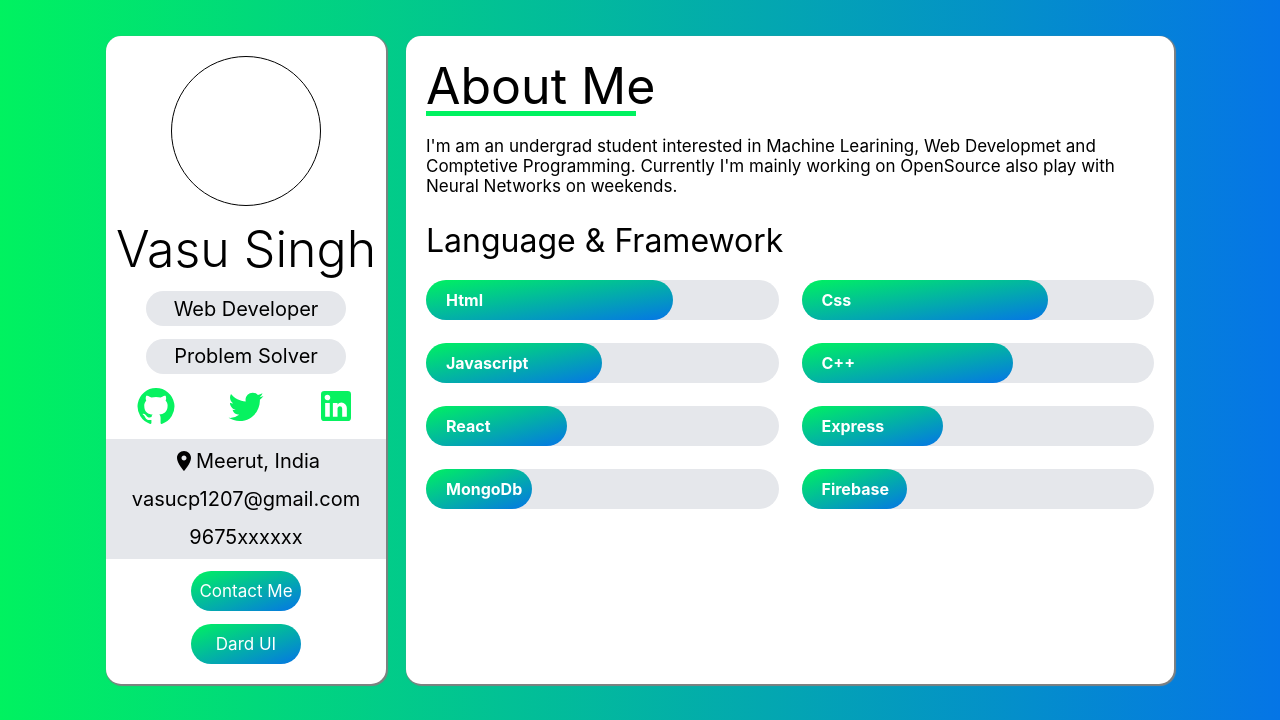
Repository: vasucp1207/grid-port
Page: /about
The author's editor kept a copy of each file at every save. The page is drawn from the files as they stood at one save, then again after a run of saves.
The browser window is 1280 px wide. The pictures show the whole page.
Some web fonts or font styles are not loaded; a fallback is used. The project was rebuilt for these pictures with package versions that can differ from the ones it lists, and the page was loaded fresh each time. Also part of the build but not shown: src/pages/Home.js, src/components/Card.js, src/pages/Projects.js.

Above is the page before, as saved 2022-08-18 21:58:41.

After the next 2 saves:
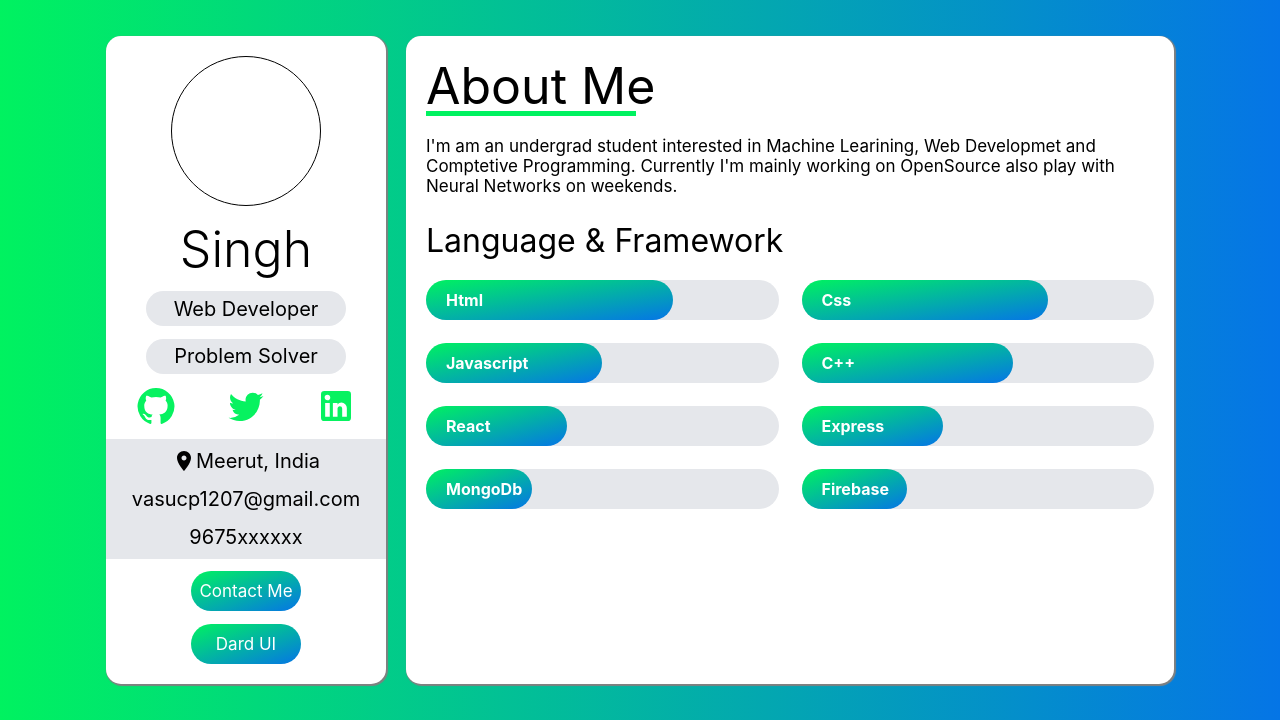
The 2 saves are shown as one change because they came seconds apart.
The last was saved 8 s later.
--- a/src/components/Left.js
+++ b/src/components/Left.js
@@ -10,7 +10,7 @@
     return (
         <Contanier>
             <div class='avatar'></div>
-            <h1 class='name'><span></span>Vasu Singh</h1>
+            <h1 class='name'><span></span>Singh</h1>
             <div class='sim-btn'>Web Developer</div>
             <div class='sim-btn'>Problem Solver</div>
             <div class='icon-cont'>

After the save that followed:
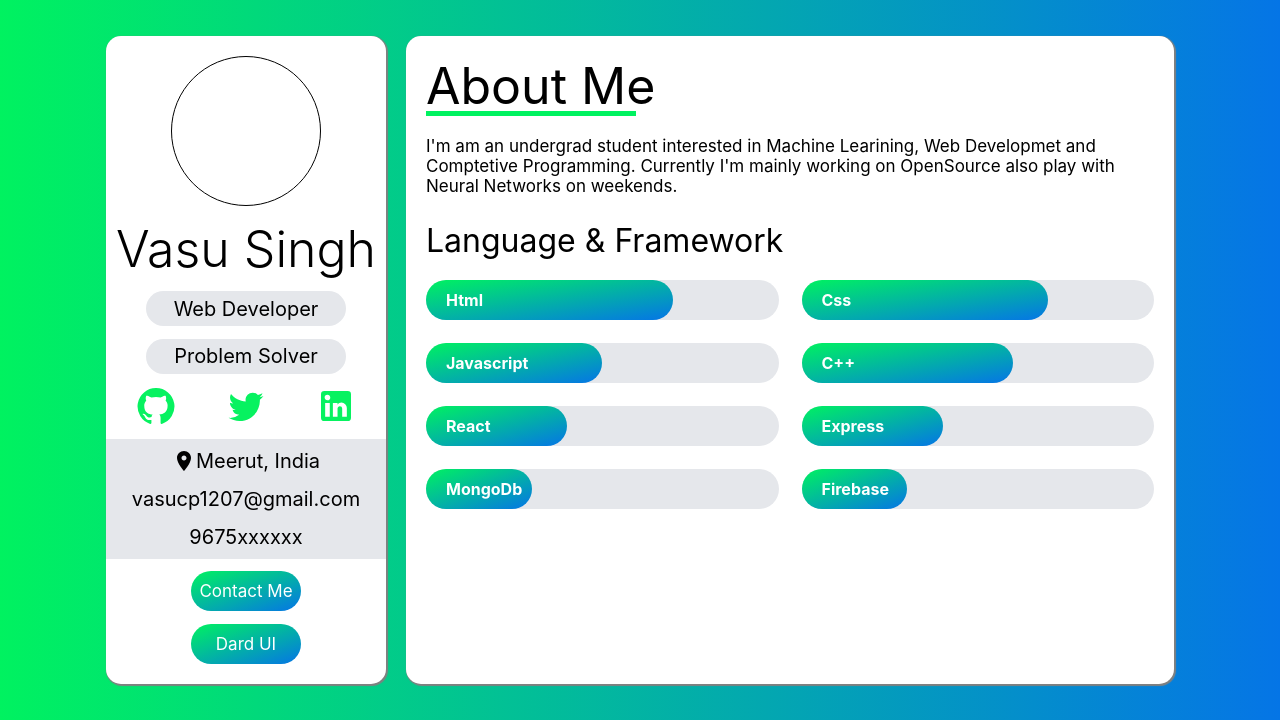
Saved 5 s later.
--- a/src/components/Left.js
+++ b/src/components/Left.js
@@ -10,7 +10,7 @@
     return (
         <Contanier>
             <div class='avatar'></div>
-            <h1 class='name'><span></span>Singh</h1>
+            <h1 class='name'><span>Vasu </span>Singh</h1>
             <div class='sim-btn'>Web Developer</div>
             <div class='sim-btn'>Problem Solver</div>
             <div class='icon-cont'>
